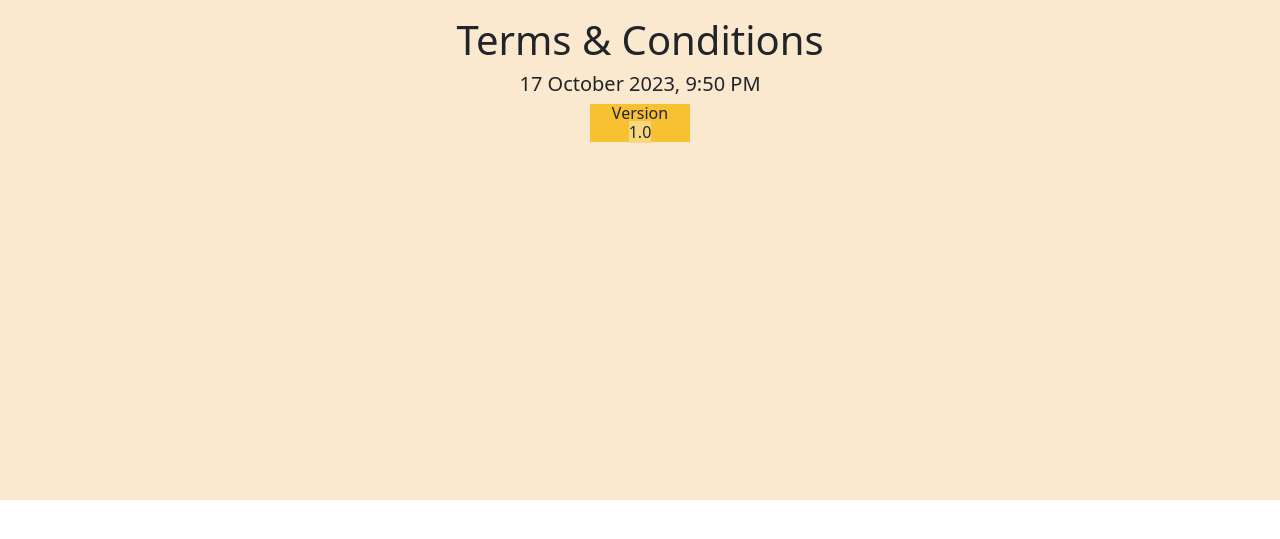
Repository: injectGroup/github.io
Page: terms.html
The author's editor kept a copy of each file at every save. The page is drawn from the files as they stood at one save, then again after the next save.
The browser window is 1280 px wide. The pictures show the whole page.

Above is the page before, as saved 2023-11-29 12:53:21.

### terms.html
<!doctype html>
<html lang="en">

<head>
    <meta charset="utf-8">
    <meta name="viewport" content="width=device-width, initial-scale=1">
    <title>Bootstrap demo</title>
    <!-- GOULD CUSTOM CSS-->
    <link rel="stylesheet" href="/gouldwalletlegal/css/gouldcustom.css">
    <!--- BOOTSTRAP CDN -->
    <link href="https://cdn.jsdelivr.net/npm/bootstrap@5.3.2/dist/css/bootstrap.min.css" rel="stylesheet"
        integrity="sha384-T3c6CoIi6uLrA9TneNEoa7RxnatzjcDSCmG1MXxSR1GAsXEV/Dwwykc2MPK8M2HN" crossorigin="anonymous">
</head>

<body>
    <!-- Content here -->
    <div class="container-fluid text-center terms-content">
        <div class="row align-items-center">
            <div class="col align-self-center">
                <h1 class="text-center">
                    Terms & Conditions
                </h1>
                <h5 class="version-date">
                    17 October 2023, 9:50 PM
                </h5>
                <h6 class="version">
                    Version <span class="version-number">1.0</span>
                </h6>
            </div>
        </div>
    </div>
    <!-- BOOTSTRAP JS-->
    <script src="https://cdn.jsdelivr.net/npm/bootstrap@5.3.2/dist/js/bootstrap.bundle.min.js"
        integrity="sha384-C6RzsynM9kWDrMNeT87bh95OGNyZPhcTNXj1NW7RuBCsyN/o0jlpcV8Qyq46cDfL"
        crossorigin="anonymous"></script>
</body>

</html>

### gouldwalletlegal/css/gouldcustom.css
/*
 *AUTHOR: Abdulkadir Mohammed @ Inject
 *DATE: Wed 29 November 2023
  *
 *This is a custom css for gould wallet.
 */
/*****************************
 *********** HEAD ***********
 *****************************/
.terms-content {
    background-color: #FAE9CE;
    padding: 16px 0px 16px 0px;
    height: 500px;
    width: 100%;
    padding-right: 15px;
    padding-left: 15px;
    margin-right: auto;
    margin-left: auto;
    display: block;
    box-sizing: border-box;
}

.version {
    width: 100px;
    background-color: #F7C132;
    padding-right: 15px;
    padding-left: 15px;
    margin-right: auto;
    margin-left: auto;
    display: block;
    box-sizing: border-box;
}

.version-number {
    background-color: #F9D77E;

}


/*****************************
  *********** BODY ***********
 *****************************/

/*****************************
 *********** FOOTER ***********
*****************************/

After the next save:
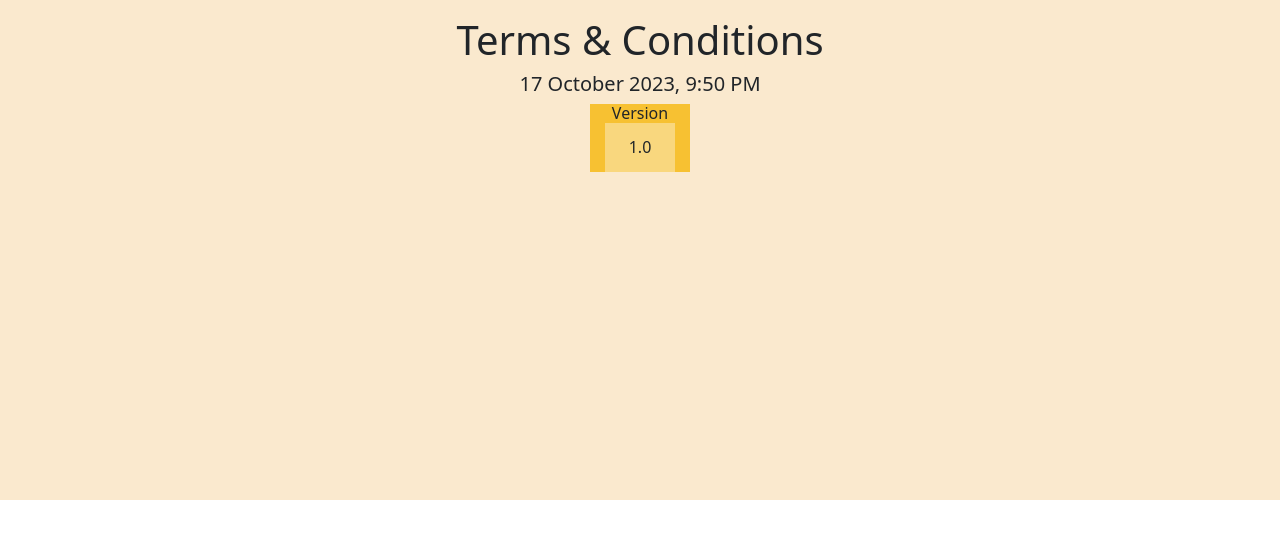
Saved 20 s later.
--- a/gouldwalletlegal/css/gouldcustom.css
+++ b/gouldwalletlegal/css/gouldcustom.css
@@ -33,7 +33,11 @@
 
 .version-number {
     background-color: #F9D77E;
-
+    padding: 15px;
+    margin-right: auto;
+    margin-left: auto;
+    display: block;
+    box-sizing: border-box;
 }
 
 
